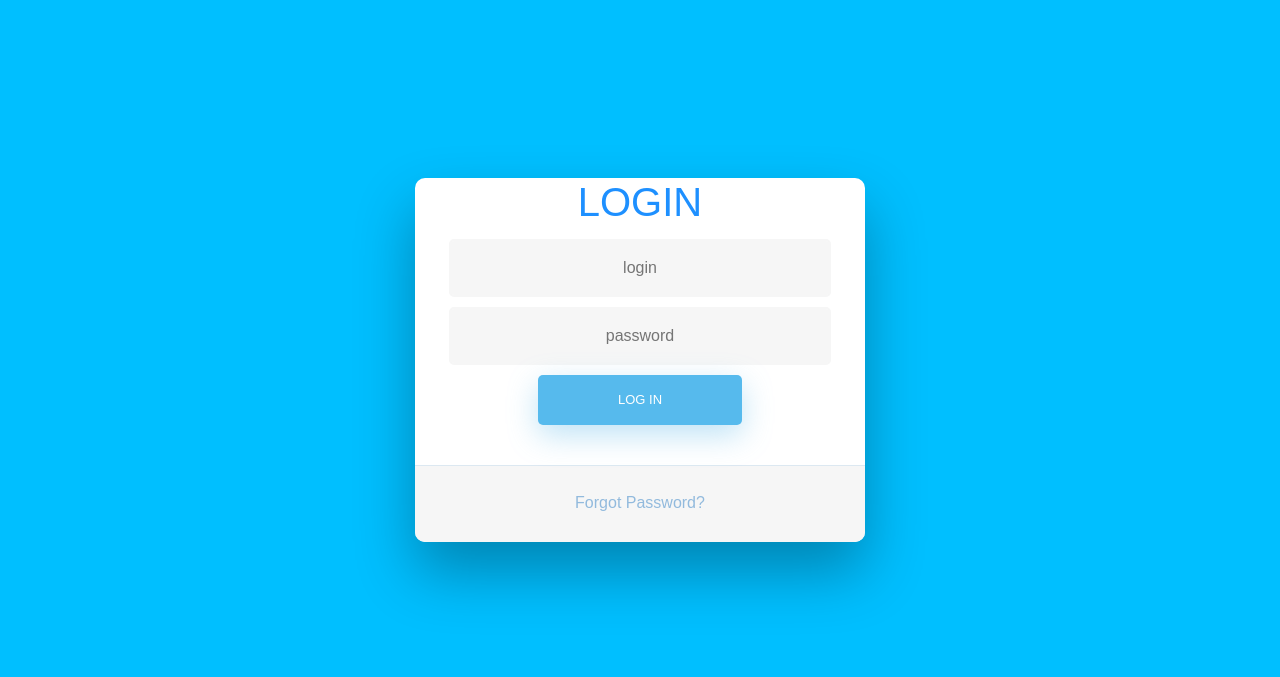
Repository: phamtailinh/webtintuc
Page: http://localhost/doicapdat/Layer.jsp
The author's editor kept a copy of each file at every save. The page is drawn from the files as they stood at one save, then again after the next save.
The browser window is 1280 px wide. The pictures show the whole page.
Some web libraries are served in a nearby version. The page is served by Tomcat 9.

Above is the page before, as saved 2022-01-07 08:46:36.
Console error: TypeError: Cannot read properties of undefined (reading 'fn')

After the next save:
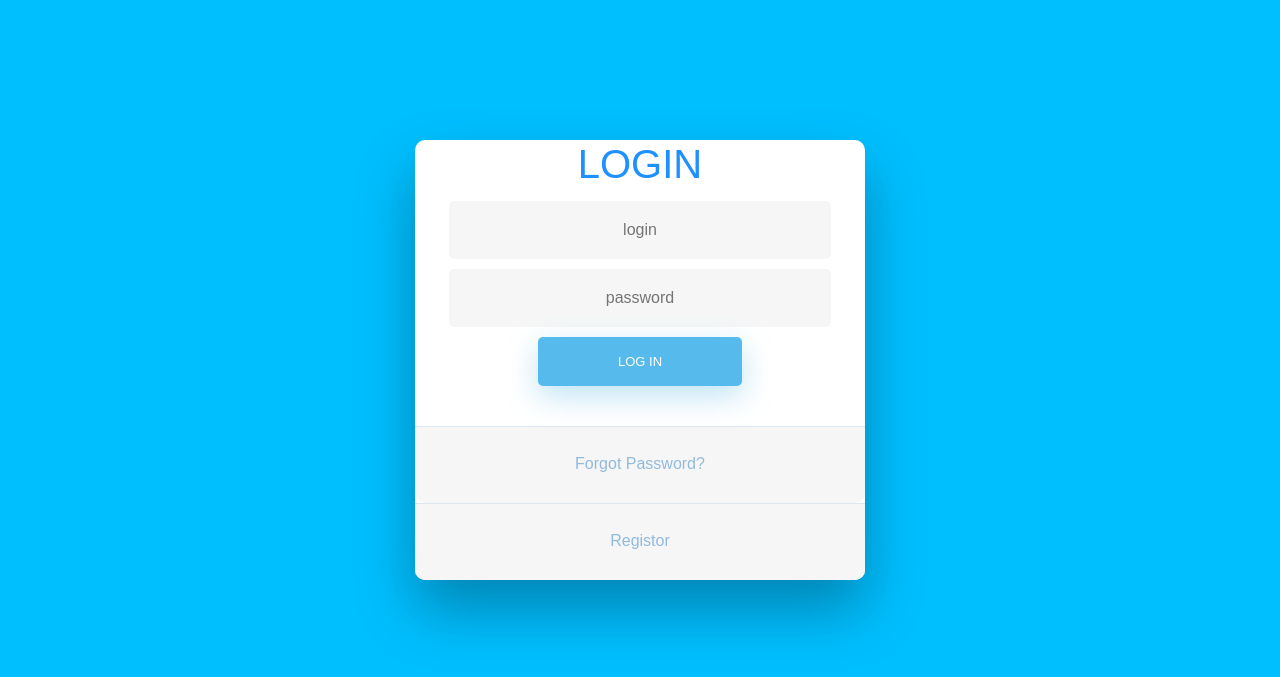
Saved 2 min 8 s later.
--- a/doicapdat/src/main/webapp/Layer.jsp
+++ b/doicapdat/src/main/webapp/Layer.jsp
@@ -294,6 +294,11 @@ input[type=text]:placeholder {
       <a class="underlineHover" href="Quenmk.jsp">Forgot Password?</a>
     </div>
 
+    <!-- Registor -->
+     <div id="formFooter">
+      <a class="underlineHover" href="Dangky.jsp">Registor</a>
+    </div>
+
   </div>
 </div>
 </body>
